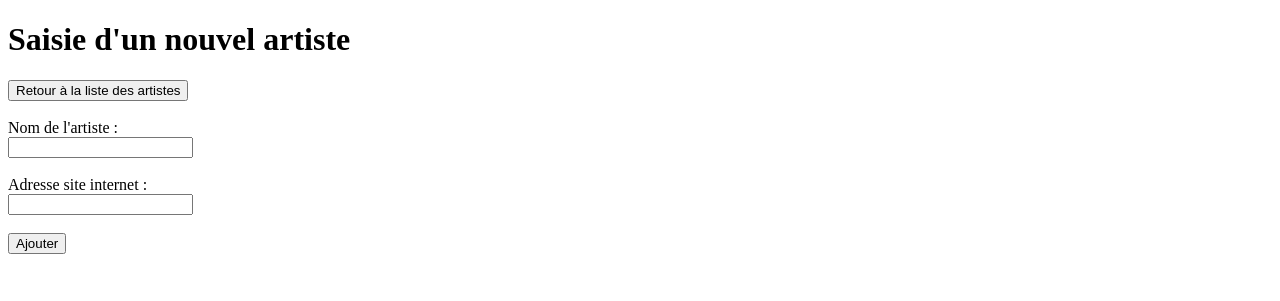
Repository: laurentbul/ApplicationEssai
Page: http://localhost/code/artist_new.php
The author's editor kept a copy of each file at every save. The page is drawn from the files as they stood at one save, then again after the next save.
The browser window is 1280 px wide. The pictures show the whole page.
The page is run by PHP 8.4 with error messages shown; the project is at /var/www/html/.

Above is the page before, as saved 2023-04-10 11:37:56.

After the next save:
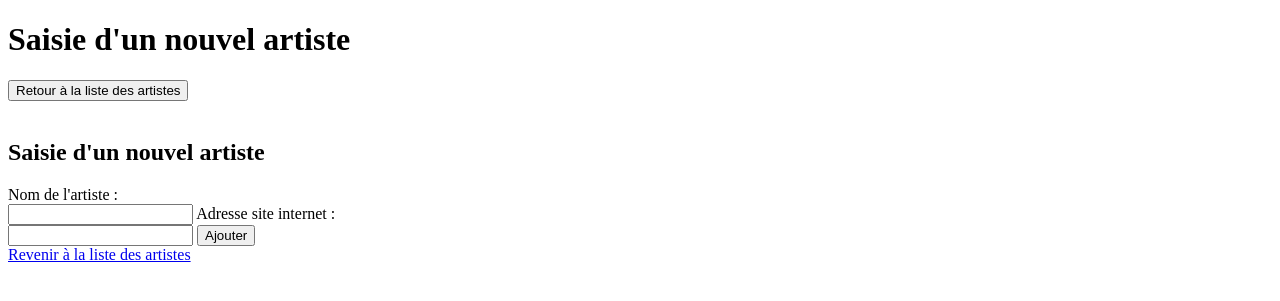
Saved 8 min 14 s later.
--- a/ncode/artist_new.php
+++ b/ncode/artist_new.php
@@ -15,18 +15,24 @@
     <br>
     <br>
 
-    <form action ="script_artist_ajout.php" method="post">
+    <body>
+    <div class="background_artist_new">
+        <h2>Saisie d'un nouvel artiste</h2>
 
-        <label for="nom_for_label">Nom de l'artiste :</label><br>
-        <input type="text" name="nom" id="nom_for_label">
-        <br><br>
 
-        <label for="url_for_label">Adresse site internet :</label><br>
-        <input type="text" name="url" id="url_for_label">
-        <br><br>
+        <form class="m-0" action ="/artist/script_artist_ajout.php" method="post">
 
-        <input type="submit" value="Ajouter">
+            <label class="form-label" for="nom_for_label">Nom de l'artiste :</label><br>
+            <input class="form-control input_artist_new" type="text" name="nom" id="nom_for_label">
 
-    </form>
+            <label class="form-label" for="url_for_label">Adresse site internet :</label><br>
+            <input class="form-control input_artist_new" type="text" name="url" id="url_for_label">
+
+            <input class="btn bouton mt-2" type="submit" value="Ajouter">
+
+        </form>
+
+        <a class="btn bouton mt-2" href="index.php?page=artist">Revenir à la liste des artistes</a>
+    </div>
 </body>
 </html>
